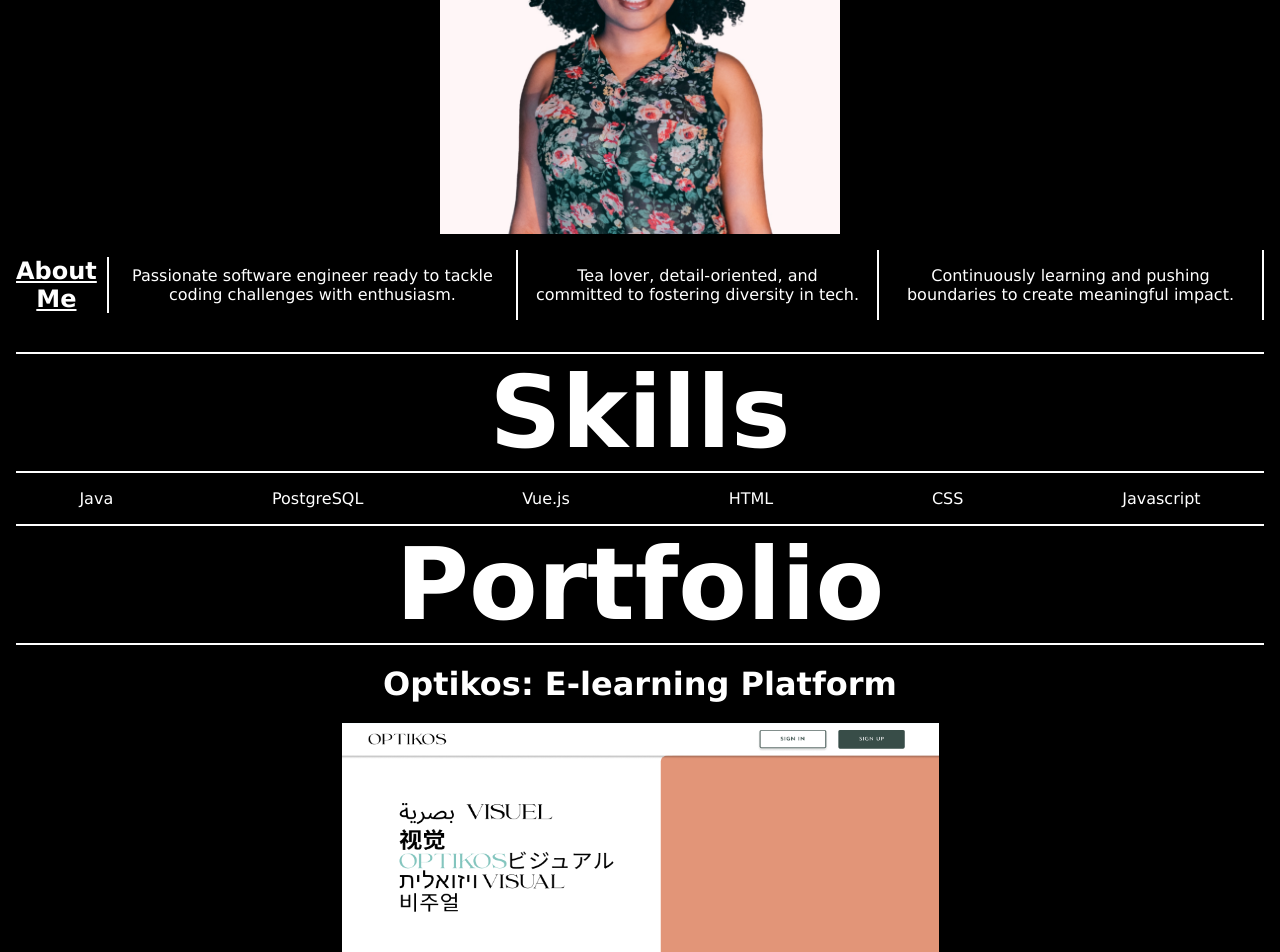
Repository: woodsdeshe/portfolio
Page: index.html
These files come from the project's save history. The page is drawn as it stood at one moment and after the next save; the edit follows.
The browser window is 1280 px wide. The pictures show the part of the page from y = 976 to 1928 px (the page is 2321 px tall before and 2468 px after).
A picture or video elsewhere on the page could not be fetched, so the positions and the page height are approximate. Some web fonts or font styles are not loaded; a fallback is used.

Above is the page before, as saved 2023-06-11 13:04:24.

After the next save:
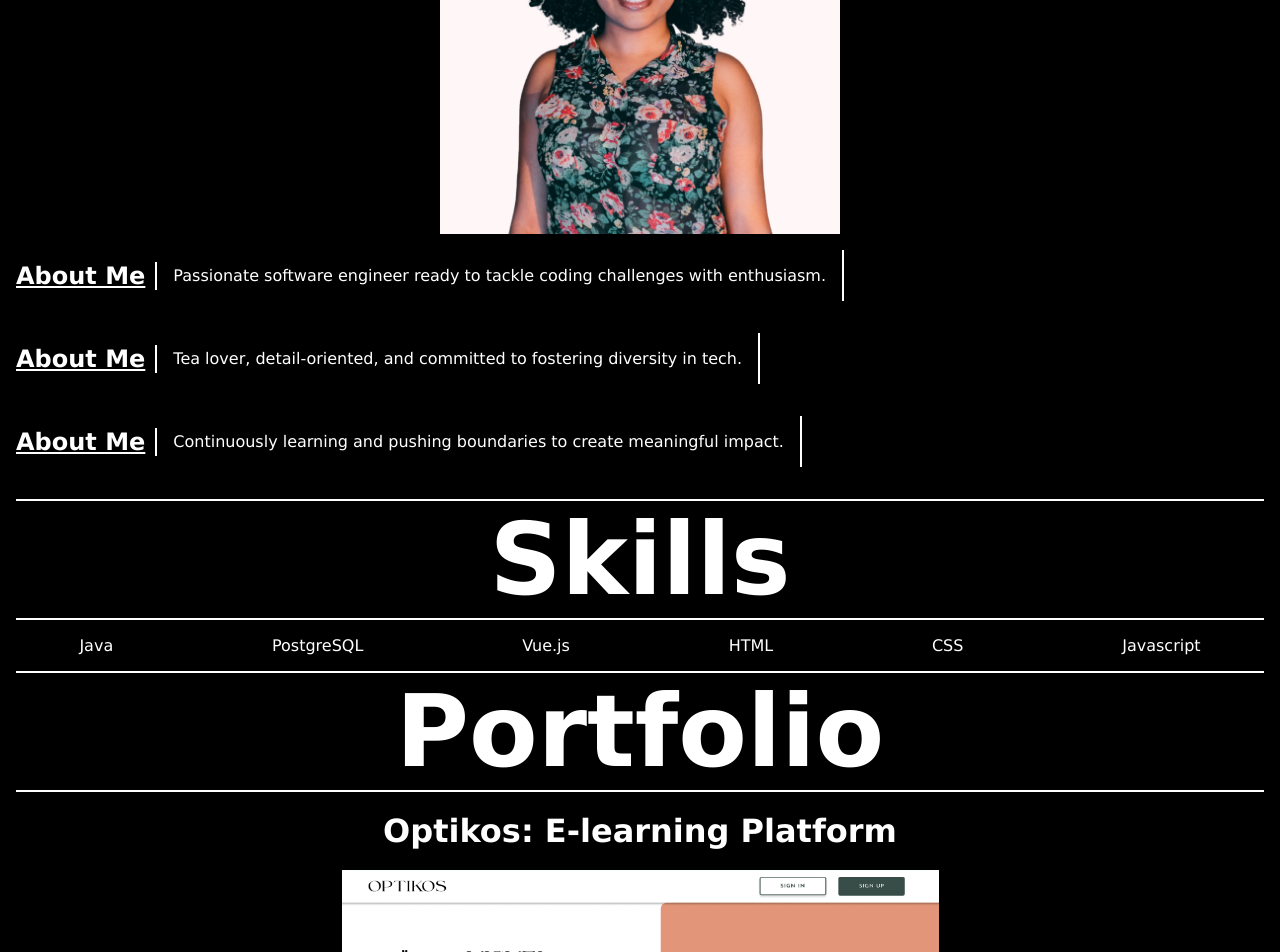
Saved 3 min 13 s later.
--- a/index.html
+++ b/index.html
@@ -32,9 +32,20 @@
         <img src="./images/Headshot.jpg" alt="Picture of DeShe Woods">
     </div>
     <div class="about-me" data-aos="fade-up">
+        <div class="logo"><i class="fas fa-code"></i></div>
         <h2>About Me</h2>
         <p>Passionate software engineer ready to tackle coding challenges with enthusiasm.</p>
+    </div>
+
+    <div class="about-me" data-aos="fade-up">
+        <div class="logo"><i class="fas fa-mug-hot"></i></div>
+        <h2>About Me</h2>
         <p>Tea lover, detail-oriented, and committed to fostering diversity in tech.</p>
+    </div>
+
+    <div class="about-me" data-aos="fade-up">
+        <div class="logo"><i class="fas fa-rocket"></i></div>
+        <h2>About Me</h2>
         <p>Continuously learning and pushing boundaries to create meaningful impact.</p>
     </div>
 
